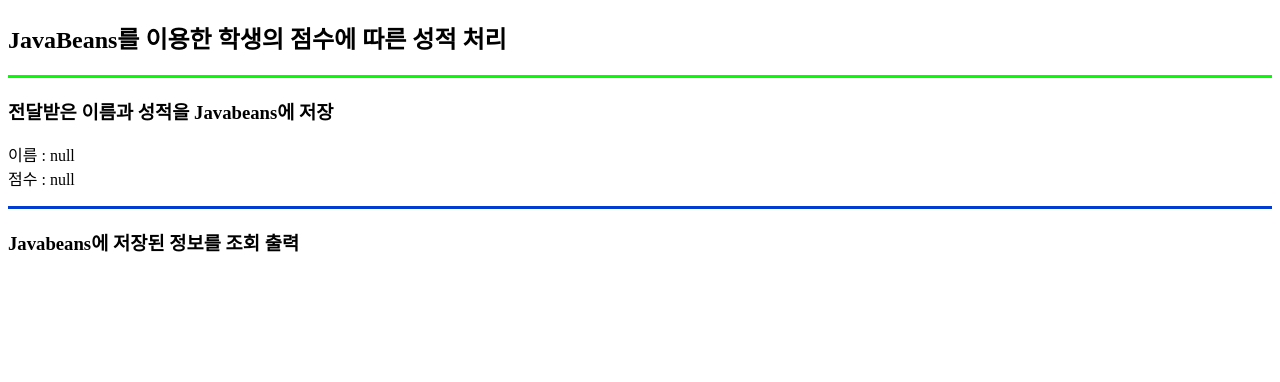
Repository: Hyuk-II/2-2
Page: http://localhost/기말고사/grade.jsp
These files come from the project's save history. The page is drawn as it stood at one moment and after the next save; the edit follows.
The browser window is 1280 px wide. The pictures show the whole page.
The page is served by Tomcat 9.

Above is the page before, as saved 2024-12-09 01:57:43.

After the next save:
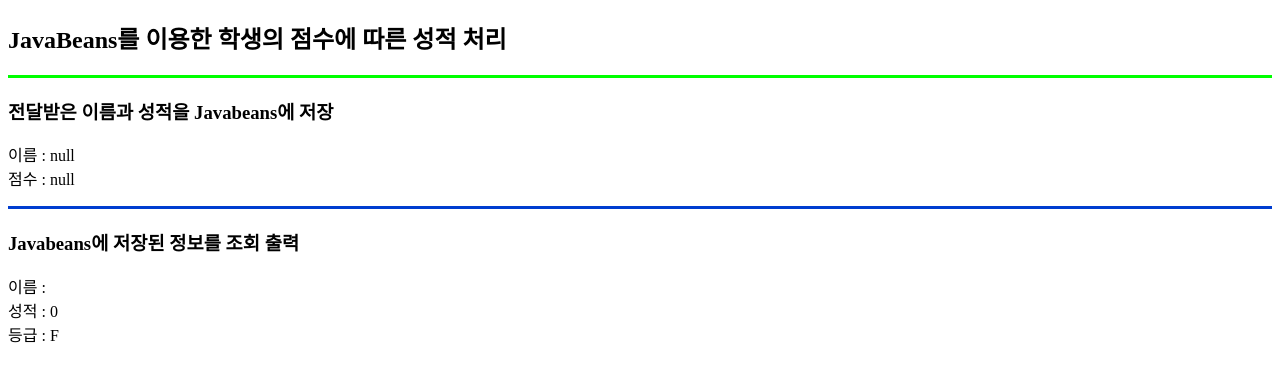
Saved 36 s later.
--- a/웹 프로그래밍/기말고사/src/main/webapp/grade.jsp
+++ b/웹 프로그래밍/기말고사/src/main/webapp/grade.jsp
@@ -16,5 +16,8 @@
 	<jsp:setProperty name="score" property="*"/>
 	<hr size="3" color="#003dd">
 	<h3>Javabeans에 저장된 정보를 조회 출력</h3>
+	이름 : ${score.name}<br>
+	성적 : ${score.point}<br>
+    등급 : ${score.grade}<br>
 </body>
 </html>
